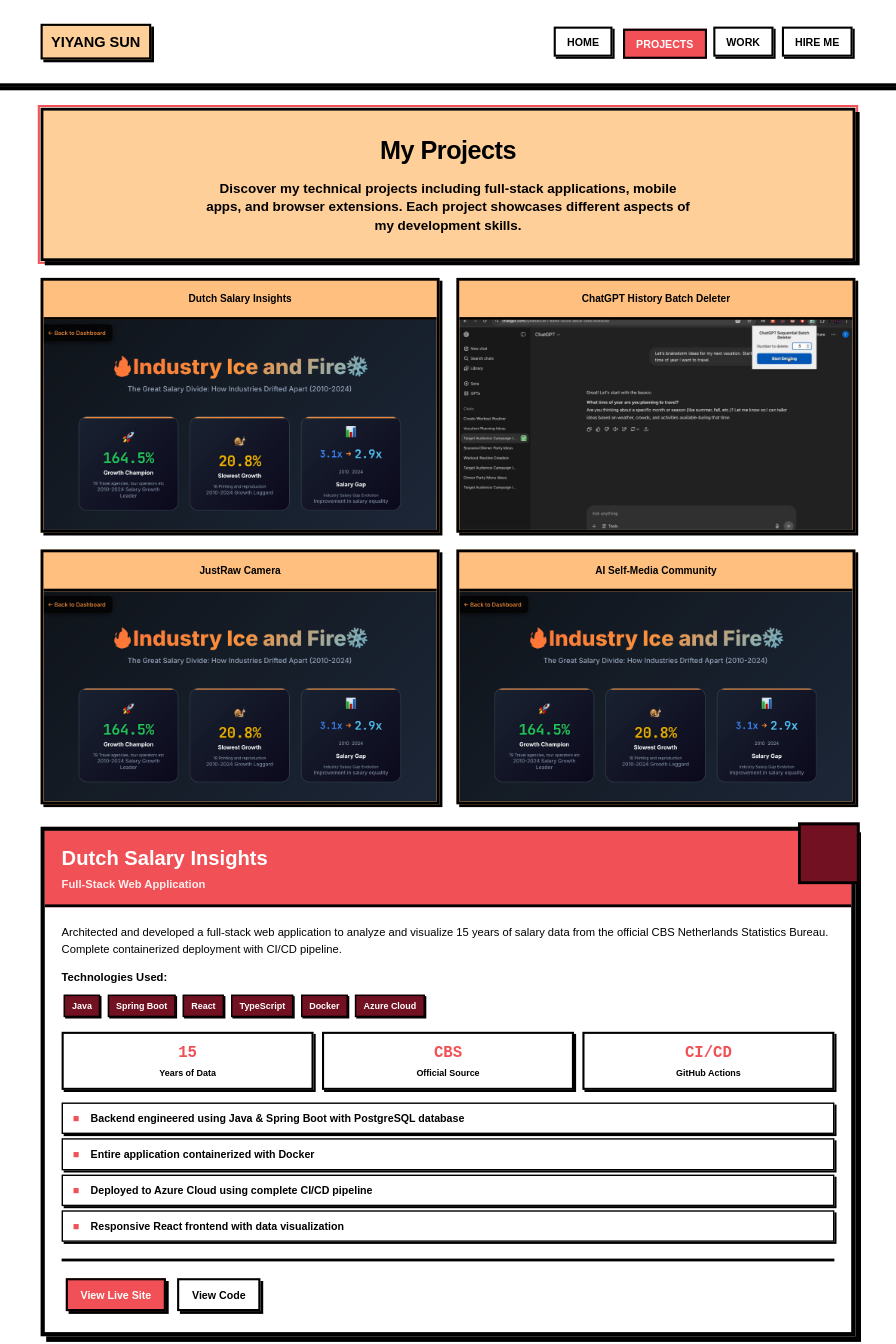
Repository: miloyiyangsun/yiyangsun.github.io
Page: .superdesign/design_iterations/yiyang_projects_v2.html
An editor plug-in stored every save of this project. The page is shown before and after the next save, followed by the edit.
The browser window is 1280 px wide. The pictures show the part of the page from y = 0 to 1920 px (the page is 4393 px tall before and 4403 px after), at 70% of full size.

Above is the page before, as saved 2025-09-03 20:26:34.

### .superdesign/design_iterations/yiyang_projects_v2.html
<!DOCTYPE html>
<html lang="en">
  <head>
    <meta charset="UTF-8" />
    <meta name="viewport" content="width=device-width, initial-scale=1.0" />
    <title>Projects - Yiyang Sun [Neo-Brutalist Portfolio]</title>
    <meta
      name="description"
      content="Technical projects by Yiyang Sun including full-stack applications, mobile apps, and browser extensions. Neo-brutalist design showcase."
    />

    <!-- Neo-Brutalist Theme -->
    <link rel="stylesheet" href="brutalist_theme_v2.css" />

    <style>
      /* Projects-specific brutal styles */
      body {
        padding-top: 120px;
        background: #ffffff;
      }

      .main-container {
        max-width: 1200px;
        margin: 0 auto;
        padding: 18px;
      }

      /* Navigation Layout - Right Align */
      .brutalist-nav .main-container {
        display: flex;
        justify-content: space-between;
        align-items: center;
      }

      .nav-links {
        display: flex;
        gap: 4px;
      }

      /* Navigation Brand - Brutalist */
      .nav-brand {
        background: #ffcf99;
        border: 3px solid #000000;
        padding: 8px 12px;
        box-shadow: 4px 4px 0 #000000;
        font-weight: 900;
      }

      /* Project Navigation - Brutal Cards */
      .project-nav {
        display: grid;
        grid-template-columns: repeat(2, 1fr);
        gap: 24px;
        margin: 24px 0;
      }

      .project-nav-item {
        background: #ffc07f;
        border: 4px solid #000000;
        padding: 0;
        text-align: center;
        text-decoration: none;
        color: #000000;
        font-weight: 900;
        box-shadow: 4px 4px 0 #000000;
        cursor: pointer;
        display: flex;
        flex-direction: column;
        min-height: 220px;
        overflow: hidden;
      }

      .project-nav-item img {
        width: 100%;
        height: 300px;
        object-fit: cover;
      }

      .project-nav-item .nav-title {
        padding: 16px 12px;
        font-size: 0.9rem;
        flex: 1;
        display: flex;
        align-items: center;
        justify-content: center;
        border-bottom: 4px solid #000000;
      }

      .project-nav-item:hover,
      .project-nav-item.active {
        background: #f15156;
        color: #ffffff;
        transform: translate(-2px, -2px);
        box-shadow: 6px 6px 0 #000000;
      }

      .project-nav-item:hover .nav-title,
      .project-nav-item.active .nav-title {
        color: #ffffff;
      }

      /* Project Card - Brutal */
      .project-card {
        background: #ffffff;
        border: 6px solid #000000;
        margin: 32px 0;
        box-shadow: 8px 8px 0 #000000;
        position: relative;
        overflow: visible;
      }

      .project-card::before {
        content: "";
        position: absolute;
        top: -12px;
        right: -12px;
        width: 80px;
        height: 80px;
        background: #721121;
        border: 4px solid #000000;
        z-index: 1;
      }

      .project-card:nth-child(even) {
        background: #ffcf99;
      }

      .project-card:nth-child(even)::before {
        background: #a5402d;
      }

      .project-header {
        background: #f15156;
        color: #ffffff;
        padding: 18px 24px;
        border-bottom: 4px solid #000000;
      }

      .project-title {
        font-size: 1.8rem;
        font-weight: 900;
        margin: 0 0 6px 0;
        scroll-margin-top: 170px;
      }

      .project-subtitle {
        font-size: 1rem;
        font-weight: 700;
        opacity: 0.9;
      }

      .project-content {
        padding: 24px;
      }

      .project-description {
        font-size: 1rem;
        line-height: 1.5;
        margin-bottom: 18px;
        font-weight: 500;
      }

      /* Tech Stack - Brutal */
      .tech-stack {
        margin: 18px 0;
      }

      .tech-label {
        font-weight: 900;
        margin-bottom: 10px;
        font-size: 1rem;
      }

      .tech-item {
        display: inline-block;
        background: #721121;
        color: #ffffff;
        padding: 5px 10px;
        margin: 3px;
        border: 2px solid #000000;
        font-weight: 700;
        font-size: 0.8rem;
        box-shadow: 2px 2px 0 #000000;
      }

      /* Project Stats - Brutal */
      .project-stats {
        display: grid;
        grid-template-columns: repeat(auto-fit, minmax(120px, 1fr));
        gap: 12px;
        margin: 18px 0;
      }

      .stat-box {
        background: #ffffff;
        border: 3px solid #000000;
        padding: 12px;
        text-align: center;
        box-shadow: 3px 3px 0 #000000;
      }

      .stat-number {
        font-family: "Courier New", monospace;
        font-size: 1.4rem;
        font-weight: 900;
        color: #f15156;
        display: block;
      }

      .stat-label {
        font-weight: 700;
        font-size: 0.8rem;
        margin-top: 4px;
      }

      /* Action Buttons - Brutal */
      .project-actions {
        margin-top: 24px;
        padding-top: 18px;
        border-top: 4px solid #000000;
      }

      .action-button {
        display: inline-block;
        background: #f15156;
        color: #ffffff;
        padding: 10px 18px;
        margin: 6px;
        border: 3px solid #000000;
        text-decoration: none;
        font-weight: 900;
        box-shadow: 4px 4px 0 #000000;
      }

      .action-button:hover {
        background: #a5402d;
        transform: translate(-1px, -1px);
        box-shadow: 5px 5px 0 #000000;
      }

      .action-button.secondary {
        background: #ffffff;
        color: #000000;
        border-color: #000000;
      }

      .action-button.secondary:hover {
        background: #ffc07f;
      }

      /* Feature List - Brutal */
      .feature-list {
        list-style: none;
        margin: 18px 0;
      }

      .feature-item {
        background: #ffffff;
        border: 2px solid #000000;
        padding: 10px 14px;
        margin: 6px 0;
        position: relative;
        font-weight: 600;
        box-shadow: 3px 3px 0 #000000;
      }

      .feature-item::before {
        content: "■";
        color: #f15156;
        font-weight: 900;
        margin-right: 12px;
      }

      /* Mobile responsive */
      @media (max-width: 768px) {
        .project-nav {
          grid-template-columns: 1fr;
          gap: 18px;
        }

        .project-nav-item {
          min-height: 200px;
        }

        .project-nav-item img {
          height: 155px;
        }

        .project-nav-item .nav-title {
          font-size: 0.85rem;
          padding: 12px 8px;
        }

        .project-card {
          margin: 24px 0;
        }

        .project-header {
          padding: 14px 18px;
        }

        .project-title {
          font-size: 1.5rem;
        }

        .project-content {
          padding: 18px;
        }

        .project-stats {
          grid-template-columns: repeat(2, 1fr);
        }
      }
    </style>
  </head>

  <body>
    <!-- Brutalist Navigation -->
    <nav class="brutalist-nav">
      <div class="main-container">
        <strong class="nav-brand" style="font-size: 1.3rem">YIYANG SUN</strong>
        <div class="nav-links">
          <a href="yiyang_home_v2.html" class="brutalist-nav-item">HOME</a>
          <a href="yiyang_projects_v2.html" class="brutalist-nav-item active"
            >PROJECTS</a
          >
          <a href="yiyang_work_v2.html" class="brutalist-nav-item">WORK</a>
          <a href="yiyang_hireme_v2.html" class="brutalist-nav-item">HIRE ME</a>
        </div>
      </div>
    </nav>

    <!-- Main Content -->
    <main class="main-container">
      <!-- Page Header -->
      <section class="brutalist-hero">
        <div class="brutalist-text-center">
          <h1 class="title-huge" style="margin-bottom: 16px">My Projects</h1>
          <p
            style="
              font-size: 1.2rem;
              font-weight: 700;
              max-width: 700px;
              margin: 0 auto;
            "
          >
            Discover my technical projects including full-stack applications,
            mobile apps, and browser extensions. Each project showcases
            different aspects of my development skills.
          </p>
        </div>
      </section>

      <!-- Project Navigation -->
      <section>
        <div class="project-nav">
          <a
            href="#dutch-salary"
            class="project-nav-item"
            onclick="scrollToProject('dutch-salary')"
          >
            <div class="nav-title">Dutch Salary Insights</div>
            <img
              src="../../assets/images/projects/dutch-salary-preview.jpg"
              alt="Dutch Salary Insights Preview"
            />
          </a>
          <a
            href="#chatgpt-deleter"
            class="project-nav-item"
            onclick="scrollToProject('chatgpt-deleter')"
          >
            <div class="nav-title">ChatGPT History Batch Deleter</div>

            <img
              src="../../assets/images/projects/chatgpt-deleter-preview.jpg"
              alt="ChatGPT Deleter Preview"
            />
          </a>
          <a
            href="#justraw-camera"
            class="project-nav-item"
            onclick="scrollToProject('justraw-camera')"
          >
            <div class="nav-title">JustRaw Camera</div>
            <img
              src="../../assets/images/projects/dutch-salary-preview.jpg"
              alt="JustRaw Camera Preview"
            />
          </a>
          <a
            href="#ai-community"
            class="project-nav-item"
            onclick="scrollToProject('ai-community')"
          >
            <div class="nav-title">AI Self-Media Community</div>
            <img
              src="../../assets/images/projects/dutch-salary-preview.jpg"
              alt="AI Community Preview"
            />
          </a>
        </div>
      </section>

      <!-- Project 1: Dutch Salary Insights -->
      <section class="project-card">
        <div class="project-header">
          <div class="project-title" id="dutch-salary">
            Dutch Salary Insights
          </div>
          <div class="project-subtitle">Full-Stack Web Application</div>
        </div>
        <div class="project-content">
          <p class="project-description">
            Architected and developed a full-stack web application to analyze
            and visualize 15 years of salary data from the official CBS
            Netherlands Statistics Bureau. Complete containerized deployment
            with CI/CD pipeline.
          </p>

          <div class="tech-stack">
            <div class="tech-label">Technologies Used:</div>
            <span class="tech-item">Java</span>
            <span class="tech-item">Spring Boot</span>
            <span class="tech-item">React</span>
            <span class="tech-item">TypeScript</span>
            <span class="tech-item">Docker</span>
            <span class="tech-item">Azure Cloud</span>
          </div>

          <div class="project-stats">
            <div class="stat-box">
              <span class="stat-number">15</span>
              <span class="stat-label">Years of Data</span>
            </div>
            <div class="stat-box">
              <span class="stat-number">CBS</span>
              <span class="stat-label">Official Source</span>
            </div>
            <div class="stat-box">
              <span class="stat-number">CI/CD</span>
              <span class="stat-label">GitHub Actions</span>
            </div>
          </div>

          <ul class="feature-list">
            <li class="feature-item">
              Backend engineered using Java & Spring Boot with PostgreSQL
              database
            </li>
            <li class="feature-item">
              Entire application containerized with Docker
            </li>
            <li class="feature-item">
              Deployed to Azure Cloud using complete CI/CD pipeline
            </li>
            <li class="feature-item">
              Responsive React frontend with data visualization
            </li>
          </ul>

          <div class="project-actions">
            <a
              href="https://frontend-webapp-16283450340.azurewebsites.net"
              class="action-button"
              >View Live Site</a
            >
            <a
              href="https://github.com/miloyiyangsun"
              class="action-button secondary"
              >View Code</a
            >
          </div>
        </div>
      </section>

      <!-- Project 2: ChatGPT Deleter -->
      <section class="project-card">
        <div class="project-header">
          <div class="project-title" id="chatgpt-deleter">ChatGPT Deleter</div>
          <div class="project-subtitle">Browser Extension</div>
        </div>
        <div class="project-content">
          <p class="project-description">
            Developed and published a practical Chrome Extension that enhances
            user workflow by enabling the batch deletion of ChatGPT conversation
            histories. Reverse-engineered web application API calls.
          </p>

          <div class="tech-stack">
            <div class="tech-label">Technologies Used:</div>
            <span class="tech-item">JavaScript</span>
            <span class="tech-item">Chrome Extension</span>
            <span class="tech-item">Web APIs</span>
            <span class="tech-item">API Reverse Engineering</span>
          </div>

          <div class="project-stats">
            <div class="stat-box">
              <span class="stat-number">11+</span>
              <span class="stat-label">Installations</span>
            </div>
            <div class="stat-box">
              <span class="stat-number">Published</span>
              <span class="stat-label">Chrome Store</span>
            </div>
            <div class="stat-box">
              <span class="stat-number">Live</span>
              <span class="stat-label">Status</span>
            </div>
          </div>

          <ul class="feature-list">
            <li class="feature-item">
              Reverse-engineered the web application's API calls
            </li>
            <li class="feature-item">
              Implemented core batch deletion functionality
            </li>
            <li class="feature-item">
              Published and available on Chrome Web Store
            </li>
            <li class="feature-item">
              Privacy-focused design for user workflow enhancement
            </li>
          </ul>

          <div class="project-actions">
            <a
              href="https://chromewebstore.google.com/detail/olpolmhhcgkfboeogjpkknendbfjfied"
              class="action-button"
              >Chrome Store</a
            >
            <a
              href="https://github.com/miloyiyangsun"
              class="action-button secondary"
              >View Code</a
            >
          </div>
        </div>
      </section>

      <!-- Project 3: JustRaw Camera -->
      <section class="project-card">
        <div class="project-header">
          <div class="project-title" id="justraw-camera">JustRaw Camera</div>
          <div class="project-subtitle">iOS Application</div>
        </div>
        <div class="project-content">
          <p class="project-description">
            Created a minimalist iOS camera application from scratch in Swift,
            addressing a niche market of users seeking to bypass Apple's default
            computational photography for greater creative control.
          </p>

          <div class="tech-stack">
            <div class="tech-label">Technologies Used:</div>
            <span class="tech-item">Swift</span>
            <span class="tech-item">iOS Development</span>
            <span class="tech-item">Camera Framework</span>
            <span class="tech-item">AVFoundation</span>
          </div>

          <div class="project-stats">
            <div class="stat-box">
              <span class="stat-number">Swift</span>
              <span class="stat-label">Language</span>
            </div>
            <div class="stat-box">
              <span class="stat-number">iOS</span>
              <span class="stat-label">Platform</span>
            </div>
            <div class="stat-box">
              <span class="stat-number">Open</span>
              <span class="stat-label">Source</span>
            </div>
          </div>

          <ul class="feature-list">
            <li class="feature-item">
              Minimalist design focused on creative control
            </li>
            <li class="feature-item">
              Bypasses Apple's default computational photography
            </li>
            <li class="feature-item">Built from scratch in Swift for iOS</li>
            <li class="feature-item">
              Addresses niche market of photography enthusiasts
            </li>
          </ul>

          <div class="project-actions">
            <a
              href="https://github.com/miloyiyangsun/JustRaw"
              class="action-button"
              >GitHub Repository</a
            >
            <a
              href="https://github.com/miloyiyangsun"
              class="action-button secondary"
              >More Projects</a
            >
          </div>
        </div>
      </section>

      <!-- Project 4: AI Community -->
      <section class="project-card">
        <div class="project-header">
          <div class="project-title" id="ai-community">AI Community</div>
          <div class="project-subtitle">
            Technical Leadership & Knowledge Sharing
          </div>
        </div>
        <div class="project-content">
          <p class="project-description">
            Founded and cultivated an engaged AI-focused online community,
            publishing over 60 technical articles and posts to foster knowledge
            sharing on recent AI advancements across Chinese social platforms.
          </p>

          <div class="tech-stack">
            <div class="tech-label">Skills Used:</div>
            <span class="tech-item">Technical Writing</span>
            <span class="tech-item">Community Management</span>
            <span class="tech-item">Content Strategy</span>
            <span class="tech-item">Social Media</span>
          </div>

          <div class="project-stats">
            <div class="stat-box">
              <span class="stat-number">2400+</span>
              <span class="stat-label">Followers</span>
            </div>
            <div class="stat-box">
              <span class="stat-number">60+</span>
              <span class="stat-label">Articles Published</span>
            </div>
            <div class="stat-box">
              <span class="stat-number">2</span>
              <span class="stat-label">Platforms</span>
            </div>
          </div>

          <ul class="feature-list">
            <li class="feature-item">
              Published over 60 technical articles on AI advancements
            </li>
            <li class="feature-item">
              Grew community to 2,400+ followers and subscribers
            </li>
            <li class="feature-item">
              Active on Xiaohongshu and WeChat platforms
            </li>
            <li class="feature-item">
              Foster knowledge sharing in Chinese AI community
            </li>
          </ul>

          <div class="project-actions">
            <!-- <a href="#" class="action-button">访问社区</a> -->
            <span
              class="action-button"
              style="background: #ccc; color: #666; cursor: not-allowed"
              >社区链接暂不公开</span
            >
            <a
              href="https://github.com/miloyiyangsun"
              class="action-button secondary"
              >More Projects</a
            >
          </div>
        </div>
      </section>
    </main>

    <!-- Footer -->
    <footer
      style="
        background: #000000;
        color: #ffffff;
        padding: 32px;
        text-align: center;
        border-top: 4px solid #f15156;
      "
    >
      <div class="main-container">
        <p style="font-weight: 700; margin-bottom: 8px">
          &copy; 2025 YIYANG SUN. BUILT WITH BRUTALIST DESIGN PRINCIPLES.
        </p>
        <p style="font-size: 0.9rem">
          Designed and developed with neo-brutalism • Amsterdam, Netherlands
        </p>
      </div>
    </footer>

    <script>
      // Minimal JavaScript for navigation
      function scrollToProject(projectId) {
        document.getElementById(projectId).scrollIntoView({
          behavior: "smooth",
          block: "start",
        });

        // Update active state
        document.querySelectorAll(".project-nav-item").forEach((item) => {
          item.classList.remove("active");
        });
        event.target.classList.add("active");
      }

      // Button press effects
      document
        .querySelectorAll(".action-button, .project-nav-item")
        .forEach((element) => {
          element.addEventListener("mousedown", function () {
            this.style.transform = "translate(2px, 2px)";
            this.style.boxShadow = "none";
          });

          element.addEventListener("mouseup", function () {
            this.style.transform = "";
            this.style.boxShadow = "";
          });
        });

      console.log("🚀 PROJECTS PAGE - NEO-BRUTALIST DESIGN LOADED");
    </script>
  </body>
</html>

Loaded but not shown: .superdesign/design_iterations/brutalist_theme_v2.css (336 lines, source omitted)

After the next save:
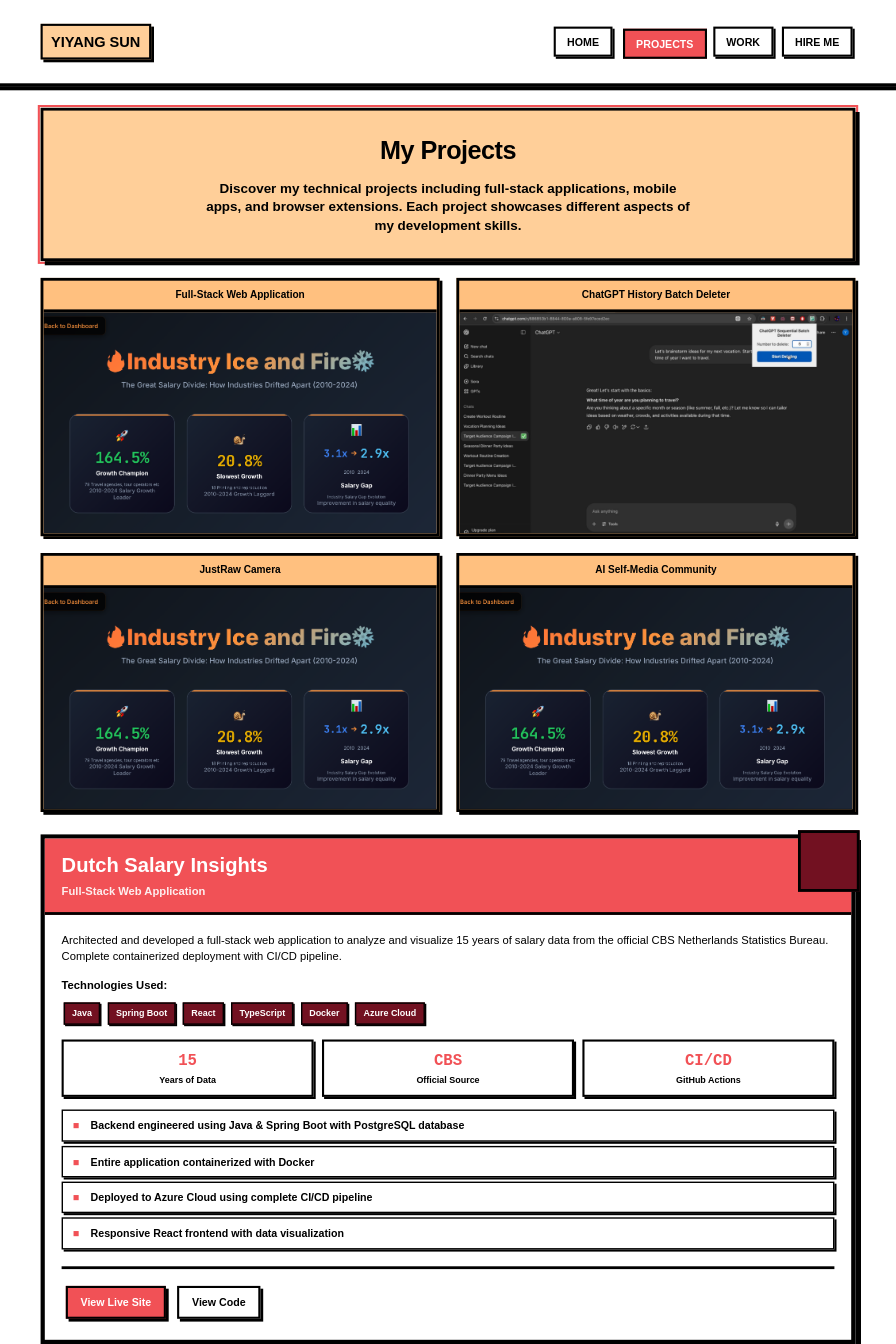
Saved 13 min 1 s later.
--- a/.superdesign/design_iterations/yiyang_projects_v2.html
+++ b/.superdesign/design_iterations/yiyang_projects_v2.html
@@ -66,24 +66,26 @@
         cursor: pointer;
         display: flex;
         flex-direction: column;
-        min-height: 220px;
         overflow: hidden;
       }
 
       .project-nav-item img {
         width: 100%;
-        height: 300px;
+        aspect-ratio: 16/9;
         object-fit: cover;
+        flex: 0 0 auto;
       }
 
       .project-nav-item .nav-title {
-        padding: 16px 12px;
+        padding: 12px 8px;
         font-size: 0.9rem;
-        flex: 1;
+        flex: 0 0 auto;
         display: flex;
         align-items: center;
         justify-content: center;
         border-bottom: 4px solid #000000;
+        min-height: 44px;
+        line-height: 1.2;
       }
 
       .project-nav-item:hover,
@@ -278,17 +280,10 @@
           gap: 18px;
         }
 
-        .project-nav-item {
-          min-height: 200px;
-        }
-
-        .project-nav-item img {
-          height: 155px;
-        }
-
         .project-nav-item .nav-title {
           font-size: 0.85rem;
-          padding: 12px 8px;
+          padding: 10px 6px;
+          min-height: 40px;
         }
 
         .project-card {
@@ -359,7 +354,7 @@
             class="project-nav-item"
             onclick="scrollToProject('dutch-salary')"
           >
-            <div class="nav-title">Dutch Salary Insights</div>
+            <div class="nav-title">Full-Stack Web Application</div>
             <img
               src="../../assets/images/projects/dutch-salary-preview.jpg"
               alt="Dutch Salary Insights Preview"
